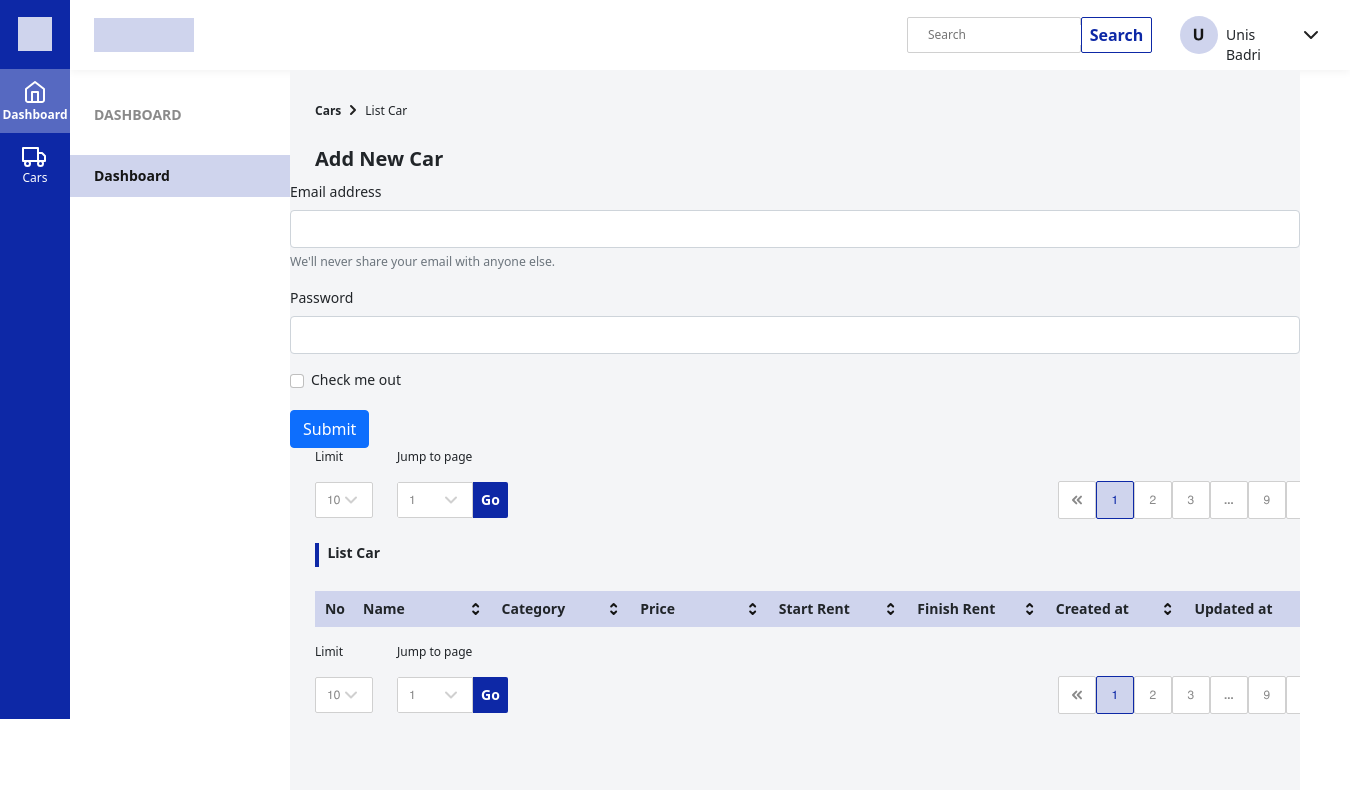
Repository: farrelmuhammad/challenge-7-binar
Page: /carlist/add
The author's editor kept a copy of each file at every save. The page is drawn from the files as they stood at one save, then again after the next save.
The browser window is 1280 px wide. The page is 1350 px wide, so the pictures cover 1350 px, including what lies to the right of the window. The pictures show the whole page.
The project was rebuilt for these pictures with package versions that can differ from the ones it lists, and the page was loaded fresh each time. Also part of the build but not shown: src/component/navbar.js, src/component/header.js, src/component/footer.js, src/App.js, src/component/admin/Dashboard/index.jsx, src/pages/admin/Dashboard.js, src/component/admin/Cars/index.jsx, src/pages/admin/CarsList.js and 2 more.

Above is the page before, as saved 2022-05-27 21:01:17.

After the next save:
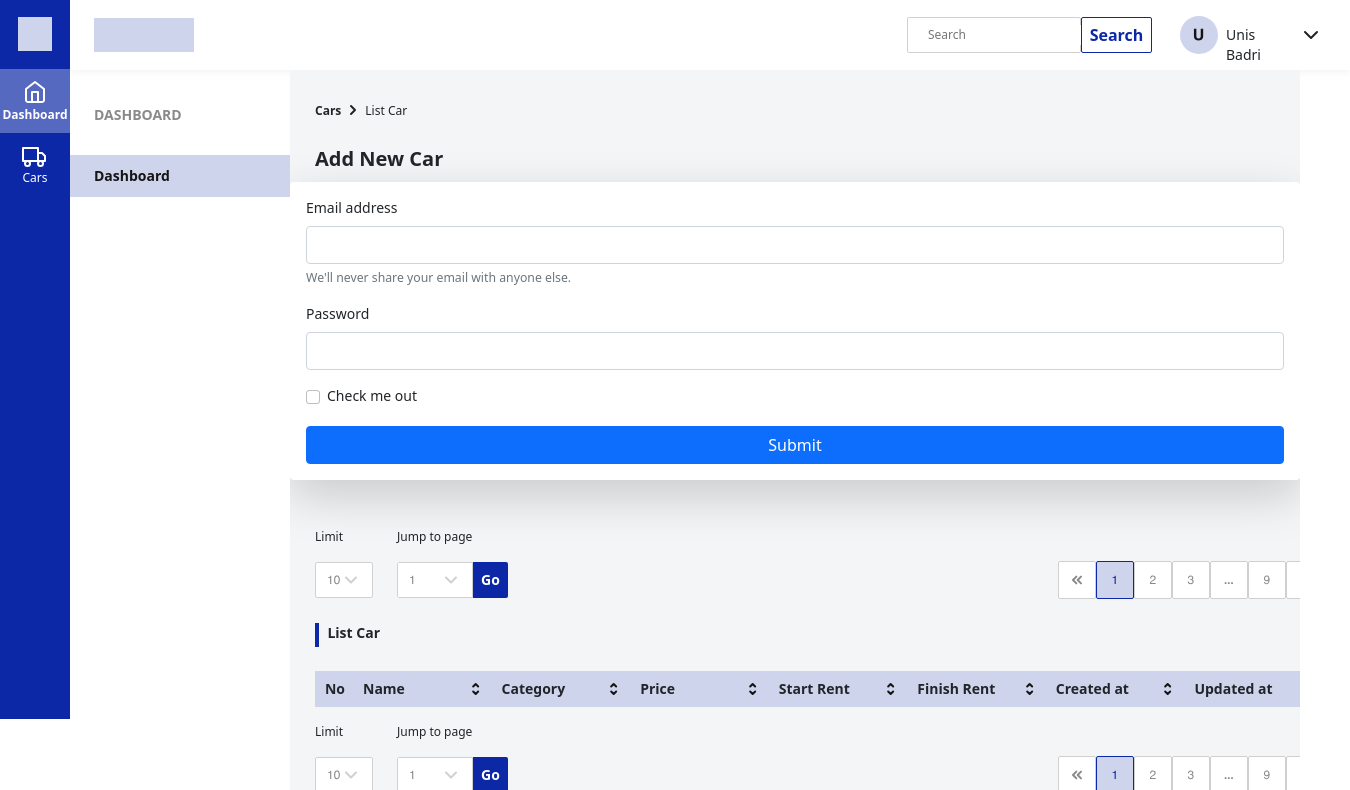
Saved 56 s later.
--- a/src/component/admin/Cars/add/index.jsx
+++ b/src/component/admin/Cars/add/index.jsx
@@ -16,22 +16,22 @@ export const AddCar = () => {
 
 
 
-                <form>
-  <div class="mb-3">
-    <label for="exampleInputEmail1" class="form-label">Email address</label>
-    <input type="email" class="form-control" id="exampleInputEmail1" aria-describedby="emailHelp"/>
-    <div id="emailHelp" class="form-text">We'll never share your email with anyone else.</div>
-  </div>
-  <div class="mb-3">
-    <label for="exampleInputPassword1" class="form-label">Password</label>
-    <input type="password" class="form-control" id="exampleInputPassword1"/>
-  </div>
-  <div class="mb-3 form-check">
-    <input type="checkbox" class="form-check-input" id="exampleCheck1"/>
-    <label class="form-check-label" for="exampleCheck1">Check me out</label>
-  </div>
-  <button type="submit" class="btn btn-primary">Submit</button>
-</form>
+                <form className="container-list shadow-lg p-3 mb-5 bg-body rounded d-flex flex-column">
+                    <div class="mb-3">
+                        <label for="exampleInputEmail1" class="form-label">Email address</label>
+                        <input type="email" class="form-control" id="exampleInputEmail1" aria-describedby="emailHelp"/>
+                        <div id="emailHelp" class="form-text">We'll never share your email with anyone else.</div>
+                    </div>
+                    <div class="mb-3">
+                        <label for="exampleInputPassword1" class="form-label">Password</label>
+                        <input type="password" class="form-control" id="exampleInputPassword1"/>
+                    </div>
+                    <div class="mb-3 form-check">
+                        <input type="checkbox" class="form-check-input" id="exampleCheck1"/>
+                        <label class="form-check-label" for="exampleCheck1">Check me out</label>
+                    </div>
+                    <button type="submit" class="btn btn-primary">Submit</button>
+                </form>
 
                 {/* table navigation */}
                 <div className="table-nav">
